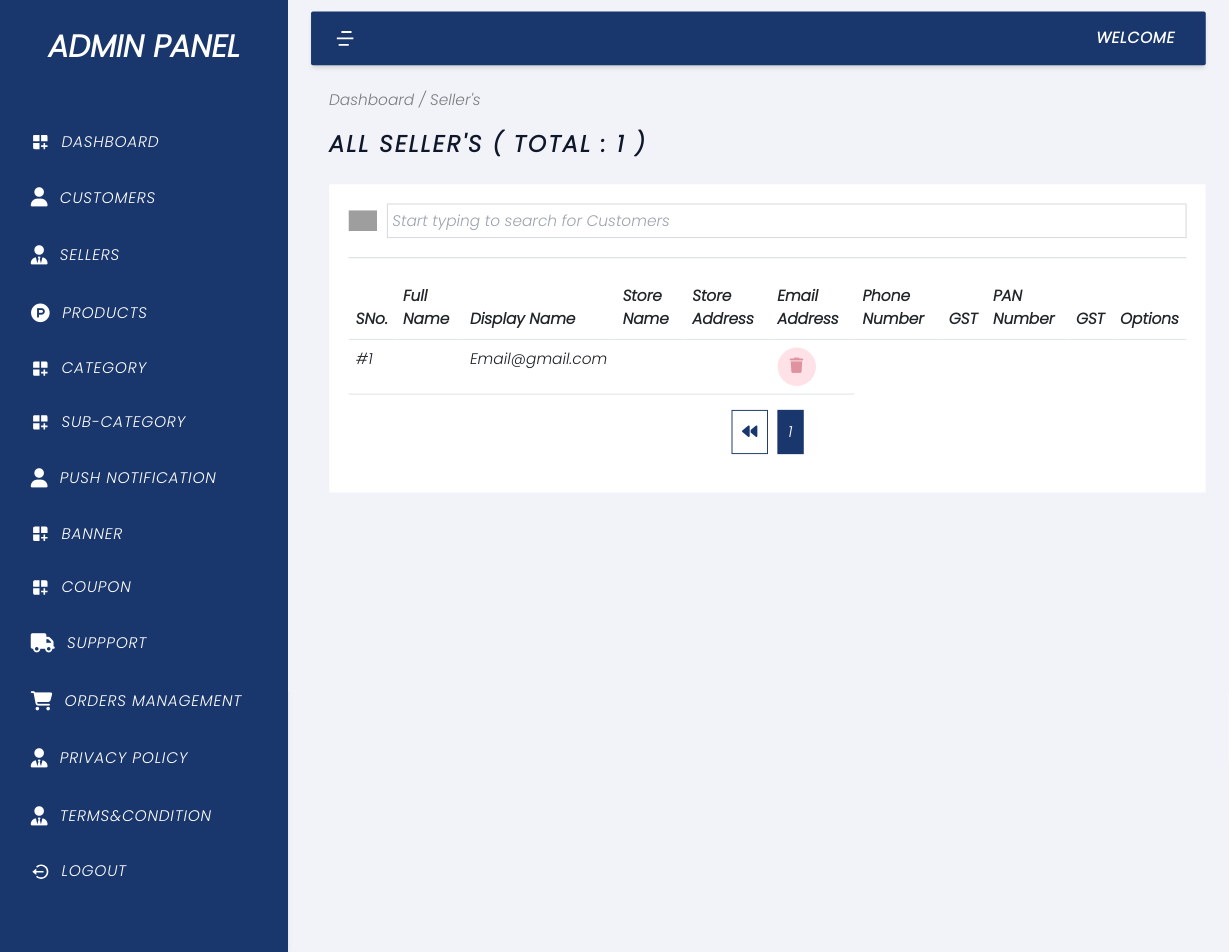
Repository: shishpal2000/admin.aschpro
Page: /VendorList
The author's editor kept a copy of each file at every save. The page is drawn from the files as they stood at one save, then again after a run of saves.
The browser window is 1280 px wide. The pictures show the whole page, at 96% of full size.
Pictures or frames that could not be fetched are drawn as grey boxes. Some web libraries are served in a nearby version. The project was rebuilt for these pictures with package versions that can differ from the ones it lists, and the page was loaded fresh each time. Also part of the build but not shown: src/E-CommerceAdmin/forms/Login.jsx, src/E-CommerceAdmin/pages/Dashboard.jsx, src/E-CommerceAdmin/pages/ECategory.js, src/E-CommerceAdmin/pages/EProduct.js, src/E-CommerceAdmin/pages/EAdminOrders.js, src/E-CommerceAdmin/pages/EAdminDelivery.js, src/E-CommerceAdmin/pages/EAdminCustomer.js, src/E-CommerceAdmin/pages/ESubCategory.js and 5 more. Imported but missing from the stored project, and not drawn on this page: src/E-CommerceAdmin/pages/Complaints, src/E-CommerceAdmin/pages/Component/SpinnerComp, src/E-CommerceAdmin/pages/EAdmin, src/E-CommerceAdmin/pages/EAdminProduct, src/E-CommerceAdmin/pages/ESingleProduct, src/E-CommerceAdmin/pages/GetMeThis, src/E-CommerceAdmin/pages/HelpSupport.

Above is the page before, as saved 2023-06-28 15:01:32.

After the next 3 saves:
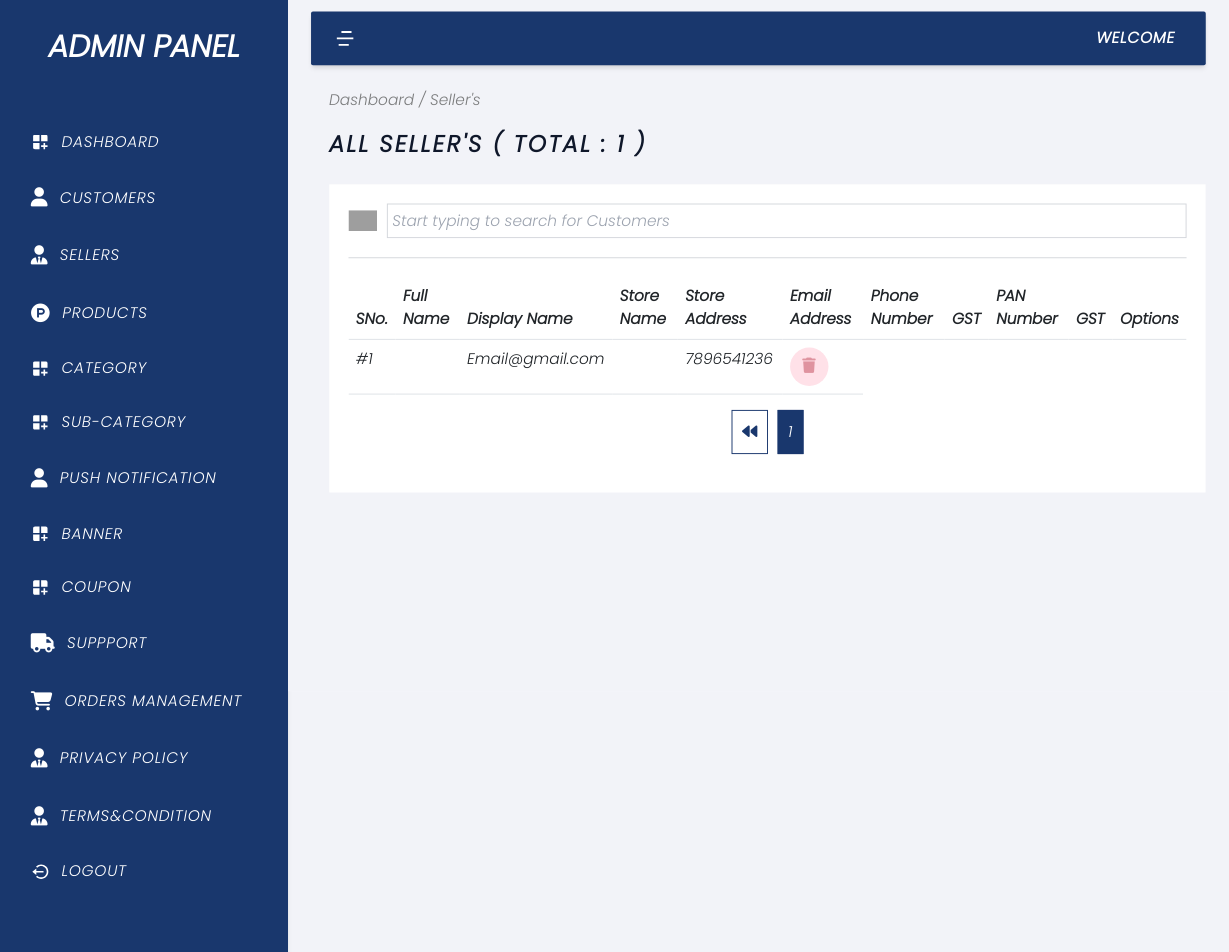
The 3 saves are shown as one change because they came seconds apart.
The last was saved 9 s later.
--- a/src/E-CommerceAdmin/pages/EVendorList.js
+++ b/src/E-CommerceAdmin/pages/EVendorList.js
@@ -14,7 +14,8 @@ const EVendorList = () => {
       storeName : "Store Name" ,
       storeAddress : "Store Address"  ,
       email : "Email@gmail.com" ,
-
+      phone : "7896541236" ,
+      GST : ""
     }
   ]
 
